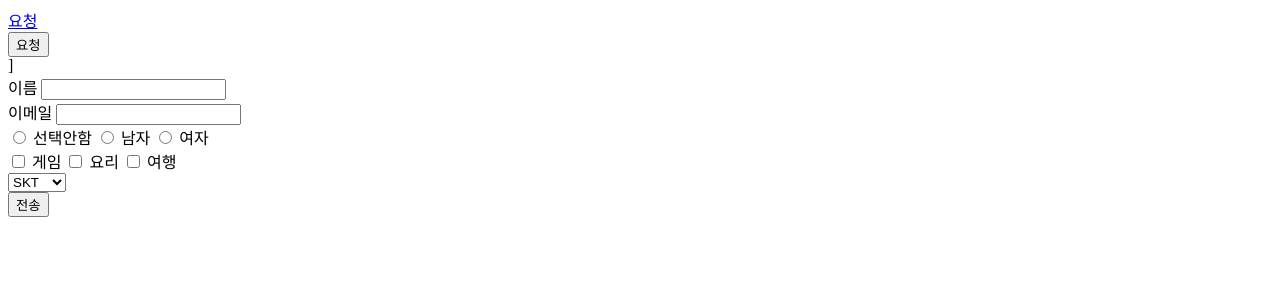
Repository: Audrey-1120/jspstudy
Page: 01_servlet/src/main/webapp/pkg02_request/NewFile.html
The author's editor kept a copy of each file at every save. The page is drawn from the files as they stood at one save, then again after the next save.
The browser window is 1280 px wide. The pictures show the whole page.

Above is the page before, as saved 2024-02-28 01:36:14.

### 01_servlet/src/main/webapp/pkg02_request/NewFile.html
<!DOCTYPE html>
<html>
<head>
<meta charset="UTF-8">
<title>Insert title here</title>
<script src="https://code.jquery.com/jquery-3.7.1.min.js" integrity="sha256-/JqT3SQfawRcv/BIHPThkBvs0OEvtFFmqPF/lYI/Cxo=" crossorigin="anonymous"></script>
</head>
<body>

  <!-- <a> 태그 요청 -->
  <div>
    <a id="link" data-number="10" data-number2="1.5">요청</a>
  </div>

  <script>
    var link = document.getElementById('link');
    link.href = '/servlet/request?number=' + link.dataset.number + '&number2=' + link.dataset.number2 ;
  </script>

  <!-- JavaScript : location 객체 요청 -->
  <div data-number="10">
    <button type="button" id="btn" data-number2="1.5">요청</button>
  </div>
  <script>

    // jQuery 이용하기
    let btn = $('#btn');
    btn.on('click', (evt) => {
      let number = $(evt.target).parent().data('number');
      let number2 = $(evt.target).data('number2');
      location.href = `/servlet/request?number=${number}&number2=${number2}`;
    })

  </script>

  <!-- <form> 태그 요청 -->]
  <form id="frm" method="post" action="/servlet/request">
    <div class="inp-wrap">
      <label for="name">이름</label>
      <input type="text" name="name" id="name">
      <!-- 여기서 파라미터 이름은 name 속성에 적혀있는 것. -->
      <!-- id는 프론트에서, name은 백에서 사용하려는 식별자임. -->
    <div>
    <div class="inp-wrap">
      <label for="email">이메일</label>
      <input type="email" name="email" id="email">
    </div>
    <div class="inp-wrap">
      <input type="radio" name="gender" id="no">
      <label for="none">선택안함</label>
      <input type="radio" name="gender" id="man">
      <label for="man">남자</label>
      <input type="radio" name="gender" id="woman">
      <label for="woman">여자</label>
    </div>
    <div class="inp-wrap">
      <input type="checkbox" name="hobbies" id="game">
      <label for="game">게임</label>
      <input type="checkbox" name="hobbies" id="cook">
      <label for="cook">요리</label>
      <input type="checkbox" name="hobbies" id="travel">
      <label for="travel">여행</label>
    </div>
    <div class="inp-wrap">
      <select name="mobile">
        <option>SKT</option>
        <option>KT</option>
        <option>LGU+</option>
      </select>
    </div>
    <div class="btn-wrap">
      <button type="submit">전송</button>
    </div>
  </form>


</body>
</html>

After the next save:
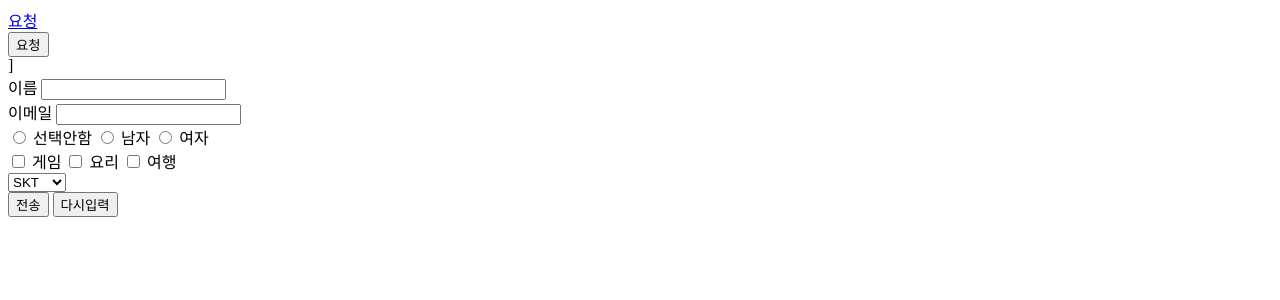
Saved 13 s later.
--- a/01_servlet/src/main/webapp/pkg02_request/NewFile.html
+++ b/01_servlet/src/main/webapp/pkg02_request/NewFile.html
@@ -70,6 +70,7 @@
     </div>
     <div class="btn-wrap">
       <button type="submit">전송</button>
+      <button type="reset">다시입력</button>
     </div>
   </form>
 
